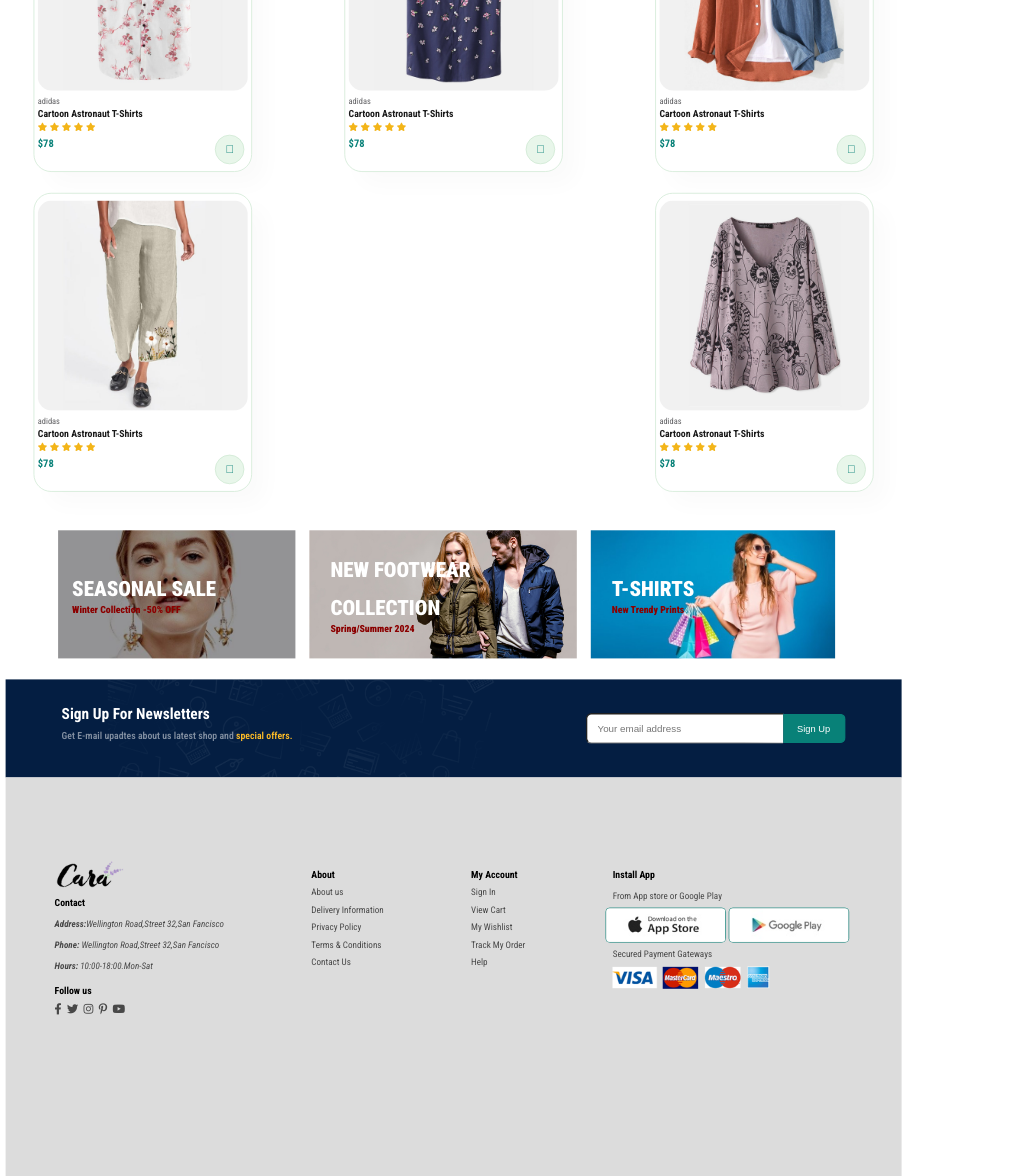
Repository: nhutduy-1905/web_coban
Page: src/index/index.html
These files come from the project's save history. The page is drawn as it stood at one moment and after the next save; the edit follows.
The browser window is 1280 px wide. The page is 1448 px wide, so the pictures cover 1448 px, including what lies to the right of the window. The pictures show the part of the page from y = 2052 to 3732 px (the page is 3771 px tall), at 70% of full size.

Above is the page before, as saved 2024-11-19 21:41:14.

### src/index/index.html
<!DOCTYPE html>
<html lang="en">
<!-- Khai báo định dạng tài liệu HTML và ngôn ngữ là tiếng Anh -->

<head>
    <meta charset="UTF-8">
    <!-- Thiết lập bộ ký tự của trang là UTF-8 -->
    <meta name="viewport" content="width=device-width, initial-scale=1.0">
    <!-- Điều chỉnh để trang hiển thị tốt trên mọi thiết bị, đặc biệt là thiết bị di động -->
    <link rel="stylesheet" href="../benefit/benefit.css">
    <link rel="stylesheet" href="../index/main.css">
    <link rel="stylesheet" href="../product/product.css">
    <link rel="stylesheet" href="../product/item.css">
    <link rel="preconnect" href="https://fonts.googleapis.com">
    <link rel="preconnect" href="https://fonts.gstatic.com" crossorigin>
     <!-- link sao -->
    <link rel="preconnect" href="https://fonts.googleapis.com">
<link rel="preconnect" href="https://fonts.gstatic.com" crossorigin>
<link href="https://fonts.googleapis.com/css2?family=Roboto+Condensed:ital,wght@0,100..900;1,100..900&family=Roboto:ital,wght@0,100;0,300;0,400;0,500;0,700;0,900;1,100;1,300;1,400;1,500;1,700;1,900&display=swap" rel="stylesheet">
     <link rel="stylesheet" href="product.css">
     <!-- link giỏ hàng -->
     <link rel="stylesheet" href="https://pro.fontawesome.com/releases/v5.15.4/css/all.css">
    <title>Super Value Deals</title>
    <!-- Tiêu đề của trang web hiển thị trên tab của trình duyệt -->
</head>

<body>

    <section id="header">
        <a href="#"><img src="../../images/logo.png" class="logo" alt="Logo"></a>
        <div>
            <div id="nvbar">
                <div class="active">Home</div>
                <div>Shop</div>
                <div>Blog</div>
                <div>About</div>
                <div>Contact</div>
                <div>
                    <img src = "../../shopping-bag.png" alt = "Logo" style="width: 25px";>
                </div>
            </div>
        </div>
    </section>
    <Section id ="hero">
        <h4>Trade-in-offer</h4>
        <h2>Super value deals</h2>
        <h1>On all Products</h1>
        <p>save more with coupons & up to 70% off!</p>
        <button>Shop now</button>
    </Section>


    <section id ="featured">
        <div class = "fe-box">
            <img  class = "magic-1"src = "../../images/features/f1.png" alt ="">
            <h6>Free shipping</h6>
        </div>
        <div class = "fe-box">
            <img src = "../../images/features/f2.png" alt ="">
            <h6>online order</h6>
        </div>
        <div class = "fe-box">
            <img src = "../../images/features/f3.png" alt ="">
            <h6>save money</h6>
        </div>
        <div class = "fe-box">
            <img src = "../../images/features/f4.png" alt ="">
            <h6>promotions</h6>
        </div>
        <div class = "fe-box">
            <img src = "../../images/features/f5.png" alt ="">
            <h6>happy sell</h6>
        </div>
        <div class = "fe-box">
            <img  class = "magic-2" src = "../../images/features/f6.png" alt ="">
            <h6>24/7 support</h6>
        </div>
    </section>

    <section id ="product1" class = "section-p1">
        <h2>Featured Products</h2>
        <p>Summer Collection New Morden Design</p>
        <div class ="pro-container">
            <div class ="pro">
                <img src ="../../images/products/f1.jpg" alt ="">
                <div class ="des">
                    <span>adidas</span>
                    <h5> Cartoon Astronaut T-Shirts</h5>
                    <div class ="star">
                        <i class="fas fa-star"></i>
                        <i class="fas fa-star"></i>
                        <i class="fas fa-star"></i>
                        <i class="fas fa-star"></i>
                        <i class="fas fa-star"></i>
                    </div>
                    <h4>$78</h4>
                </div>
                   <a href ="#"><i class="fal fa-shopping-cart cart"></i></a>
            </div>
            <div class ="pro">
                <img src ="../../images/products/f2.jpg" alt ="">
                <div class ="des">
                    <span>adidas</span>
                    <h5> Cartoon Astronaut T-Shirts</h5>
                    <div class ="star">
                        <i class="fas fa-star"></i>
                        <i class="fas fa-star"></i>
                        <i class="fas fa-star"></i>
                        <i class="fas fa-star"></i>
                        <i class="fas fa-star"></i>
                    </div>
                    <h4>$78</h4>
                </div>
                   <a href ="#"><i class="fal fa-shopping-cart cart"></i></a>
            </div>
            <div class ="pro">
                <img src ="../../images/products/f3.jpg" alt ="">
                <div class ="des">
                    <span>adidas</span>
                    <h5> Cartoon Astronaut T-Shirts</h5>
                    <div class ="star">
                        <i class="fas fa-star"></i>
                        <i class="fas fa-star"></i>
                        <i class="fas fa-star"></i>
                        <i class="fas fa-star"></i>
                        <i class="fas fa-star"></i>
                    </div>
                    <h4>$78</h4>
                </div>
                   <a href ="#"><i class="fal fa-shopping-cart cart"></i></a>
            </div>
            <div class ="pro">
                <img src ="../../images/products/f4.jpg" alt ="">
                <div class ="des">
                    <span>adidas</span>
                    <h5> Cartoon Astronaut T-Shirts</h5>
                    <div class ="star">
                        <i class="fas fa-star"></i>
                        <i class="fas fa-star"></i>
                        <i class="fas fa-star"></i>
                        <i class="fas fa-star"></i>
                        <i class="fas fa-star"></i>
                    </div>
                    <h4>$78</h4>
                </div>
                   <a href ="#"><i class="fal fa-shopping-cart cart"></i></a>
            </div>
            <div class ="pro">
                <img src ="../../images/products/f5.jpg" alt ="">
                <div class ="des">
                    <span>adidas</span>
                    <h5> Cartoon Astronaut T-Shirts</h5>
                    <div class ="star">
                        <i class="fas fa-star"></i>
                        <i class="fas fa-star"></i>
                        <i class="fas fa-star"></i>
                        <i class="fas fa-star"></i>
                        <i class="fas fa-star"></i>
                    </div>
                    <h4>$78</h4>
                </div>
                   <a href ="#"><i class="fal fa-shopping-cart cart"></i></a>
            </div>
            <div class ="pro">
                <img src ="../../images/products/f6.jpg" alt ="">
                <div class ="des">
                    <span>adidas</span>
                    <h5> Cartoon Astronaut T-Shirts</h5>
                    <div class ="star">
                        <i class="fas fa-star"></i>
                        <i class="fas fa-star"></i>
                        <i class="fas fa-star"></i>
                        <i class="fas fa-star"></i>
                        <i class="fas fa-star"></i>
                    </div>
                    <h4>$78</h4>
                </div>
                   <a href ="#"><i class="fal fa-shopping-cart cart"></i></a>
            </div>
            <div class ="pro">
                <img src ="../../images/products/f7.jpg" alt ="">
                <div class ="des">
                    <span>adidas</span>
                    <h5> Cartoon Astronaut T-Shirts</h5>
                    <div class ="star">
                        <i class="fas fa-star"></i>
                        <i class="fas fa-star"></i>
                        <i class="fas fa-star"></i>
                        <i class="fas fa-star"></i>
                        <i class="fas fa-star"></i>
                    </div>
                    <h4>$78</h4>
                </div>
                   <a href ="#"><i class="fal fa-shopping-cart cart"></i></a>
            </div>
            <div class ="pro">
                <img src ="../../images/products/f8.jpg" alt ="">
                <div class ="des">
                    <span>adidas</span>
                    <h5> Cartoon Astronaut T-Shirts</h5>
                    <div class ="star">
                        <i class="fas fa-star"></i>
                        <i class="fas fa-star"></i>
                        <i class="fas fa-star"></i>
                        <i class="fas fa-star"></i>
                        <i class="fas fa-star"></i>
                    </div>
                    <h4>$78</h4>
                </div>
                   <a href ="#"><i class="fal fa-shopping-cart cart"></i></a>
            </div>
        </div>

    </section>

    <section id = "banner3">
        <div class = "banner-box">
            <h2>SEASONAL SALE </h2>
            <h3>Winter Collection -50% OFF</h3>
        </div>
        <div class = "banner-box banner-box2">
            <h2>NEW FOOTWEAR COLLECTION </h2>
            <h3>Spring/Summer 2024</h3>
        </div>
        <div class = "banner-box banner-box3">
            <h2>T-SHIRTS</h2>
            <h3>New Trendy Prints</h3>
        </div>
     </section>
     <section id = "newsletter">
        <div class = "newtest">
            <h4>Sign Up For Newsletters</h4>
            <p>Get E-mail upadtes about us latest shop and <span>special offers.</span></p>
        </div>
        <div class = "form">
            <input type= "text" placeholder ="Your email address">
            <button class = "normal">Sign Up</button>
        </div>
     </section>

     <footer class ="section-p1">
        <div class = "col">
            <img  class = "logo" src = "../../images/logo.png" alt ="">
            <h4>Contact</h4>
            <p><strong><i>Address:</strong>Wellington Road,Street 32,San Fancisco</i></p>
            <p><strong><i>Phone: </strong>Wellington Road,Street 32,San Fancisco</i></p>
            <p><strong><i>Hours: </strong>10:00-18:00.Mon-Sat</i></p>
            <div class ="follow us">
                <h4>Follow us</h4>
                <div class = "icon">
                    <i class="fab fa-facebook-f"></i>
                    <i class="fab fa-twitter"></i>
                    <i class="fab fa-instagram"></i>
                    <i class="fab fa-pinterest-p"></i>
                    <i class="fab fa-youtube"></i>
                </div>
            </div>
        </div>

        <div class = "col">
            <h4>About</h4>
            <a href = "#">About us</a>
            <a href = "#">Delivery Information</a>
            <a href = "#">Privacy Policy</a>
            <a href = "#">Terms & Conditions</a>
            <a href = "#">Contact Us</a>
        </div>

        <div class = "col">
            <h4>My Account</h4>
            <a href = "#">Sign In</a>
            <a href = "#">View Cart</a>
            <a href = "#">My Wishlist</a>
            <a href = "#">Track My Order</a>
            <a href = "#">Help</a>
        </div>

        <div class = "col install">
            <h4 class = "col1">Install App</h4>
            <p class = "col2">From App store or Google Play</p>
            <div class ="row">
                <img src = "../../images/pay/app.jpg" alt ="">
                <img src = "../../images/pay/play.jpg" alt = "">
            </div>
            <p>Secured Payment Gateways</p>
            <img src = "../../images/pay/pay.png" alt ="">
        </div>
     </footer>

</body>
</html>

### src/benefit/benefit.css
#featured {
    display: flex;
     /* Tạo container flexbox để sắp xếp các phần tử con */
    align-items: center;
    /* Căn giữa các phần tử con theo chiều dọc (trục y) */
    justify-content: space-between;
    /* Phân phối các phần tử con cách đều nhau theo chiều ngang (trục x) */
    flex-wrap: wrap;
    /* Cho phép các phần tử con xuống dòng khi không đủ không gian */
 }

 #featured .fe-box {
    width: 140px;
    /* Đặt chiều rộng cho mỗi hộp là 120px */
    text-align: center;
    /* Căn giữa nội dung văn bản trong mỗi hộp */
     padding:   10px 15px;
     /* Khoảng đệm bên trong mỗi hộp (15px trên dưới, 10px trái phải) */
    box-shadow: 20px 20px 34px rgba(0, 0, 0, 0.03);
     /* Tạo bóng cho hộp với độ mờ nhẹ */
    border: 1px solid #cce7d0;
    /* Tạo viền màu xanh nhạt cho mỗi hộp */
    border-radius: 5px;
    /* Bo tròn góc của hộp với bán kính 4px */
     margin: 10px;
    /* Tạo khoảng cách ngoài cho mỗi hộp là 15px */
    margin-left:25px;
    margin-top: 40px;
    margin-right: 25px;

 }

 #featured .fe-box:hover {
    box-shadow: 10px 10px 54px rgba(70, 62, 221, 0.1);
    /* Tăng bóng khi di chuột qua hộp */
 }

 #featured .fe-box img {
    width: 100%;
    /* Đặt chiều rộng ảnh bằng 100% của hộp chứa */
    margin-bottom: 10px;
    /* Khoảng cách dưới của ảnh là 10px */
    padding: 5px 5px;
 }

 #featured .fe-box h6 {
   display: inline-block;
     /* Hiển thị tiêu đề h6 dưới dạng khối nội tuyến */
   padding: 9px 8px 6px 8px;
    /* Khoảng đệm bên trong tiêu đề h6 (trên 9px, phải 8px, dưới 6px, trái 8px) */
   line-height: 1;
    /* Chiều cao dòng là 1 */
   border-radius: 4px;
   /* Bo tròn góc của tiêu đề với bán kính 4px */
   color: #088178;
     /* Màu chữ xanh lá cây */
   background-color: #fddde4;
    /* Nền màu hồng nhạt cho tiêu đề */
    margin-top: 0px;

 }

 #featured .fe-box:nth-child(2) h6 {
   background-color: #cdebbc;
   /* Nền màu xanh nhạt cho hộp thứ hai */
 }

 #featured .fe-box:nth-child(3) h6 {
   background-color: #d1e8f2;
    /* Nền màu xanh nhạt cho hộp thứ ba */
 }

 #featured .fe-box:nth-child(4) h6 {
   background-color: #cdd4f8;
   /* Nền màu xanh dương nhạt cho hộp thứ tư */
 }

 #featured .fe-box:nth-child(5) h6 {
   background-color: #f6dbf6;
    /* Nền màu tím nhạt cho hộp thứ năm */
 }

 #featured .fe-box:nth-child(6) h6 {
   background-color: #fff2e5;
   /* Nền màu cam nhạt cho hộp thứ sáu */

 }

### src/index/main.css
h1 {
    font-size: 50px;
    line-height: 64px;
    color: #222;
    margin-bottom: 0;
    margin-top: 0;
}

h2 {
    font-size: 46px;
    line-height: 54px;
    color: #222;
    margin-top: 0;
    margin-bottom: 0;
}

h4 {
    font-size: 30px;
    margin-top: 10px;
    margin-bottom: 10px;
}

h6 {
    font-weight: 700;
    font-size: 12px;
}

p {
    font-size: 16px;

    margin: 15px 0  20px ;
    margin-top: 0px;
}

.section-p1 {
    padding: 40px 40px;
}

.section-m1 {
    margin: 40px 0;
}

body {
    width: 100%;
   font-family: "Roboto Condensed", sans-serif;
}

#header {
    display: flex;
    align-items: center;
    justify-content: space-between;
    padding: 20px 80px;
    background: #E3E6F3;
    box-shadow: 0 5px 15px rgba(0, 0, 0, 0.06);
    z-index: 999;
    position: sticky;
    top: 0;
    left: 0;
}

#nvbar {
    display: flex;
    align-items: center;
    justify-content: center;
}

#nvbar div {
    list-style: none;
    padding: 0 20px;
    text-decoration: none;
    font-size: 16px;
    font-weight: 600;
    color: #1a1a1a;
}

#nvbar div:hover {
    color: #088178;
}

#nvbar .active {
    color: #088178;
}

#nvbar .div .active::after {
    content: "";
    width: 30px;
    height: 2px;
    background-color: #088178;
    position: absolute;
    bottom: -4px;
    left: 20px;
}

#hero {
    background-image: url("../../images/hero4.png");
    height: 90vh;
    width: 100%;
    background-size: cover;
    background-position: top 25% right 0;
    padding: 0 80px;
    display: flex;
    flex-direction: column;
    align-items: flex-start;
    justify-content: center;

}


#hero h1 {
    color: #088178;
    margin-top:-7px;
    font-size: 47px;
}

#hero button {
    background-image: url("../../images/button.png");
    background-color: transparent;
    color: #088178;
    border: 0;
    padding: 14px 80px 14px 65px;
}
#hero h4
{
    color: #1a1a1a;

}

### src/product/item.css
#banner3 {
    display: flex; /* Thiết lập bố cục flexbox cho phần tử này, cho phép sắp xếp con cái linh hoạt */
    justify-content: space-between; /* Căn giữa các phần tử con với khoảng cách đều */
    /* flex-wrap: wrap; Cho phép các phần tử con xuống dòng nếu không đủ không gian */
    padding: 0 75px; /* Thêm khoảng cách bên trong cho phần tử, 0 trên dưới và 75px
     trái phải */

 }

 #banner3 .banner-box {
   display: flex; /* Thiết lập bố cục flexbox cho các hộp banner */
   flex-direction: column; /* Sắp xếp các phần tử con theo chiều dọc */
   justify-content: center; /* Căn giữa các phần tử con theo chiều dọc */
   align-items: flex-start; /* Căn các phần tử con về phía bên trái */
   background-image: url(../../images/banner/b7.jpg); /* Thiết lập hình nền cho hộp banner từ đường dẫn chỉ định */
   min-width: 30%; /* Đặt chiều rộng tối thiểu cho hộp banner */
   height: 24vh; /* Đặt chiều cao cho hộp banner bằng 23% chiều cao của viewport */
   background-size: cover; /* Đảm bảo hình nền bao phủ toàn bộ hộp */
   background-position: center; /* Căn giữa hình nền trong hộp */
   padding-top: 10px;
   padding-bottom: -20px; /* Thêm khoảng cách bên trong cho hộp banner */
   margin-bottom: 30px; /* Thêm khoảng cách dưới mỗi hộp banner */
   margin-right: 20px;

 }

 #banner3 .banner-box2 {
     background-image: url(../../images/banner/b4.jpg);
      /* Thiết lập hình nền cho hộp banner thứ hai */
      padding-left: 10px;
 }

 #banner3 .banner-box3 {
     background-image: url(../../images/banner/b18.jpg);
     padding-left: 10px;/* Thiết lập hình nền cho hộp banner thứ ba */
 }

 #banner3 h2 {
    color: #fff; /* Đặt màu chữ cho tiêu đề h2 là trắng */
    font-weight: 900; /* Thiết lập độ đậm cho chữ tiêu đề */
    font-size: 30px; /* Đặt kích thước chữ cho tiêu đề */
    margin-bottom: -20px;
    margin-right: 20px;
    margin-left: 20px;
    margin-top: -5px;
 }

 #banner3 h3 {
  color:#8B0000; /* Đặt màu chữ cho tiêu đề h3 là một màu đỏ đặc trưng */
  font-weight: 900; /* Thiết lập độ đậm cho chữ tiêu đề h3 */
  font-size: 14px; /* Đặt kích thước chữ cho tiêu đề h3 */
  margin-bottom: 10px;
  margin-right: 25px;
  margin-left: 20px;



 }

 #newsletter {
    height: 140px;
    display:flex; /* Thiết lập bố cục flexbox cho phần tử này */
    justify-content: space-between; /* Căn giữa các phần tử con với khoảng cách đều */
    flex-wrap: wrap; /* Cho phép các phần tử con xuống dòng nếu không đủ không gian */
    align-items: center; /* Căn giữa các phần tử con theo chiều dọc */
    background-image: url("../../images/banner/b14.png"); /* Thiết lập hình nền cho phần newsletter */
    background-repeat: no-repeat; /* Không lặp lại hình nền */
    background-position: 20% 30%; /* Căn hình nền ở vị trí cụ thể */
    background-color: #041e42; /* Đặt màu nền cho phần newsletter */


 }

 .newtest {
     padding: 10px 80px; /* Thêm khoảng cách bên trong cho phần tử mới, 10px trên dưới và 80px trái phải */
     margin: 10px 0px ; /* Thêm khoảng cách bên ngoài cho phần tử mới, 10px trên dưới */

 }

 #newsletter h4 {
    font-size: 22px; /* Đặt kích thước chữ cho tiêu đề h4 */
    font-weight: 700; /* Thiết lập độ đậm cho chữ tiêu đề h4 */
    color: #fff; /* Đặt màu chữ cho tiêu đề h4 là trắng */

    margin-top: 5px;


 }


 #newsletter p {
   font-size: 14px; /* Đặt kích thước chữ cho đoạn văn */
   font-weight: 600; /* Thiết lập độ đậm cho chữ trong đoạn văn */
   color: #818ea0; /* Đặt màu chữ cho đoạn văn */

 }

 #newsletter p span {
    color: #ffbd27; /* Đặt màu chữ cho phần tử span trong đoạn văn */
 }

 #newsletter .form {
     display: flex; /* Thiết lập bố cục flexbox cho phần tử form */
     align-items: center; /* Căn giữa các phần tử con trong form theo chiều dọc */
     margin-right: 80px; /* Thêm khoảng cách bên phải cho toàn bộ khung input và nút */
 }

 #newsletter input {
     height: 40px; /* Đặt chiều cao cho ô input */
     padding: 0 15px; /* Thêm khoảng cách bên trong cho ô input, 0 trên dưới và 15px trái phải */
     font-size: 14px; /* Đặt kích thước chữ cho ô input */
     width: 250px; /* Đặt chiều rộng cho ô input */

     border-right: none; /* Loại bỏ viền bên phải để nối với nút */
     border-radius: 8px 0 0 8px; /* Bo tròn góc trái cho ô input */
     outline: none; /* Loại bỏ viền ngoài khi ô input được chọn */
 }

 #newsletter button {
     height: 42px; /* Đặt chiều cao cho nút */
     padding: 0 20px; /* Thêm khoảng cách bên trong cho nút, 0 trên dưới và 20px trái phải */
     background-color: #088178; /* Đặt màu nền cho nút */
     color: #fff; /* Đặt màu chữ cho nút là trắng */
     border: 2px solid #088178; /* Đặt viền cho nút với màu tương ứng */
     border-left: none; /* Loại bỏ viền bên trái để nối với ô input */
     border-radius: 0 8px 8px 0; /* Bo tròn góc phải cho nút */
     cursor: pointer; /* Hiển thị con trỏ chuột như một nút có thể nhấp */
 }
 footer
 {
     background-color:#DCDCDC;
    display: flex;
    flex-wrap: wrap;
    justify-content: space-between;
 }
footer .col
{
   display: flex;
   flex-direction: column;
   align-items: flex-start;
   margin-bottom: 20%;
   margin-left: 30px;
   margin-top: 80px;
   margin-right: 25px;
}
footer logo
{
   margin-bottom: 25px;
}
footer h4{
    font-size: 14px;
}
footer p
{
   font-size: 13px;
   color:#484848;
   margin-bottom: 10px;
   margin-top: 5px;
   margin-right: 0px;
}
footer a{
    font-size: 13px;
    text-decoration: none;
    color:#484848;
    margin-bottom: 10px;
}
footer .follow
{
  margin-bottom: -20px;
}
footer .follow i
{
  color:#484848;
  padding-right: 4px;
  cursor: pointer;

}
footer .install .row img
{
  border: 1px solid #088178;
  border-radius:6px;
  margin-right: 10px;
  margin-left: -10px;

}
footer .install img
{
   margin: 10px 0 15px 20;

}
footer .follow i:hover
footer a:hover
{
  color:#088178;
}
footer .col1 {
   margin-bottom: 10px;
}

Loaded but not shown: src/product/product.css (95 lines, source omitted)

After the next save:
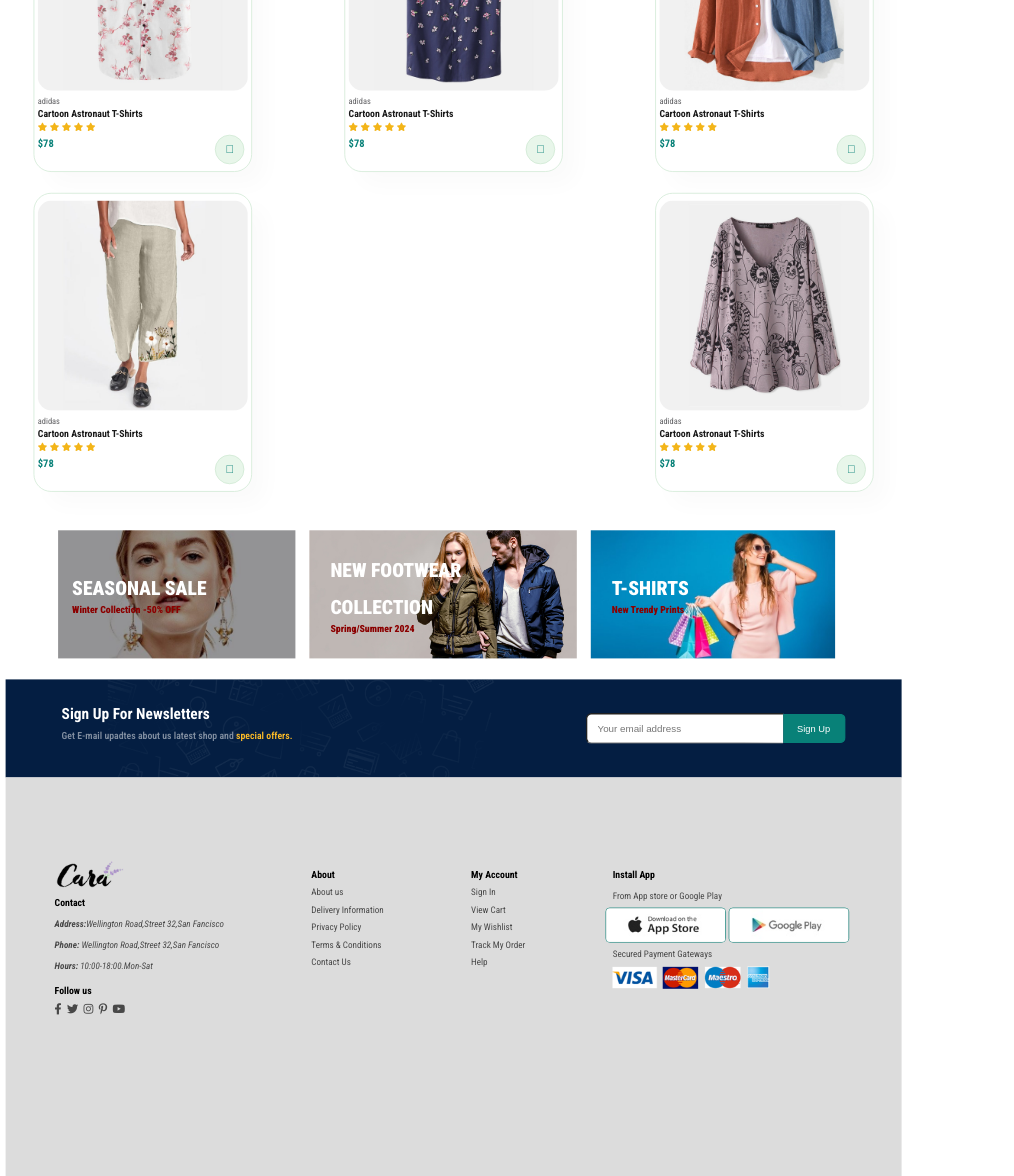
Saved 8 s later.
--- a/src/product/item.css
+++ b/src/product/item.css
@@ -38,7 +38,7 @@
  #banner3 h2 {
     color: #fff; /* Đặt màu chữ cho tiêu đề h2 là trắng */
     font-weight: 900; /* Thiết lập độ đậm cho chữ tiêu đề */
-    font-size: 30px; /* Đặt kích thước chữ cho tiêu đề */
+    font-size: 28px; /* Đặt kích thước chữ cho tiêu đề */
     margin-bottom: -20px;
     margin-right: 20px;
     margin-left: 20px;
